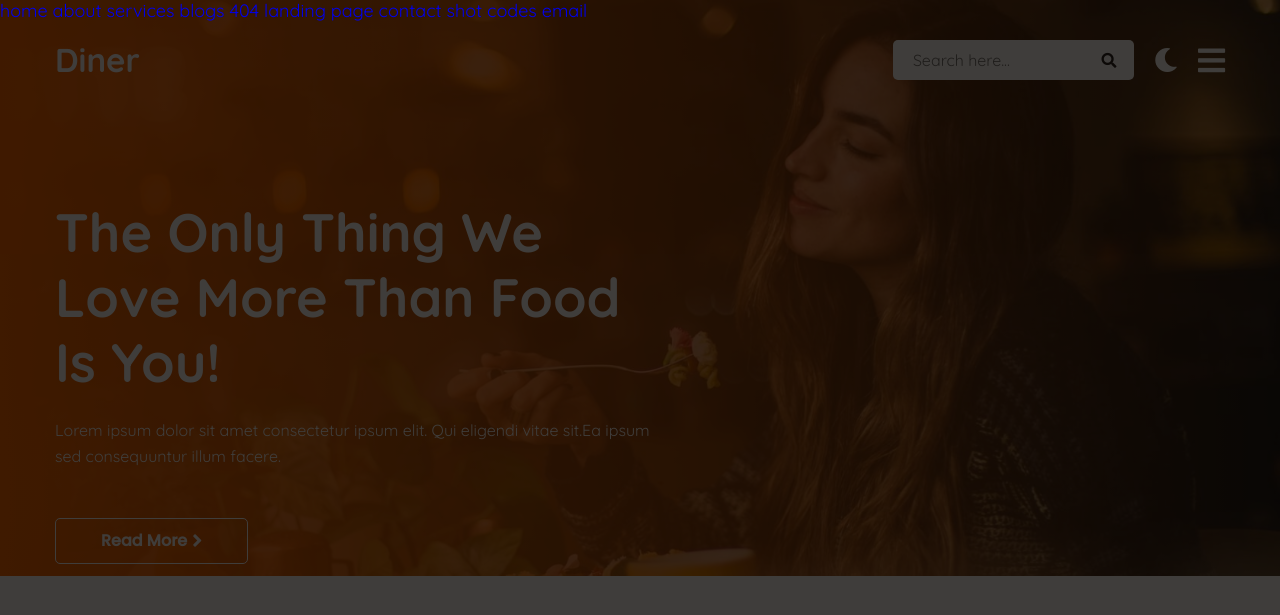
Repository: baobaodeveloper/bootscap21_project_AnhBao_VietToan_VietDuc
Page: index.html
An editor plug-in stored every save of this project. The page is shown before and after the next save, followed by the edit.
The browser window is 1280 px wide. The pictures show the whole page.

Above is the page before, as saved 2022-03-02 23:42:01.

After the next save:
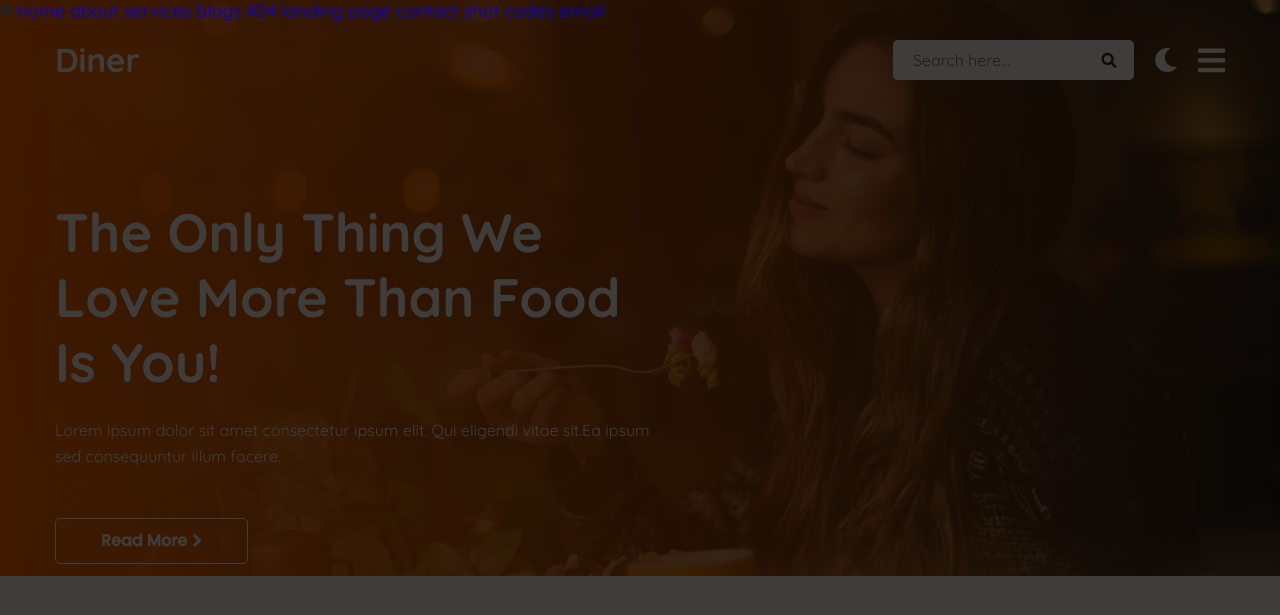
Saved 47 s later.
--- a/index.html
+++ b/index.html
@@ -46,6 +46,7 @@
           </div>
 
           <nav class="navbar__list">
+            <i class="fas fa-times"></i>
             <a href="#">home</a>
             <a href="#">about</a>
             <a href="#">services</a>
